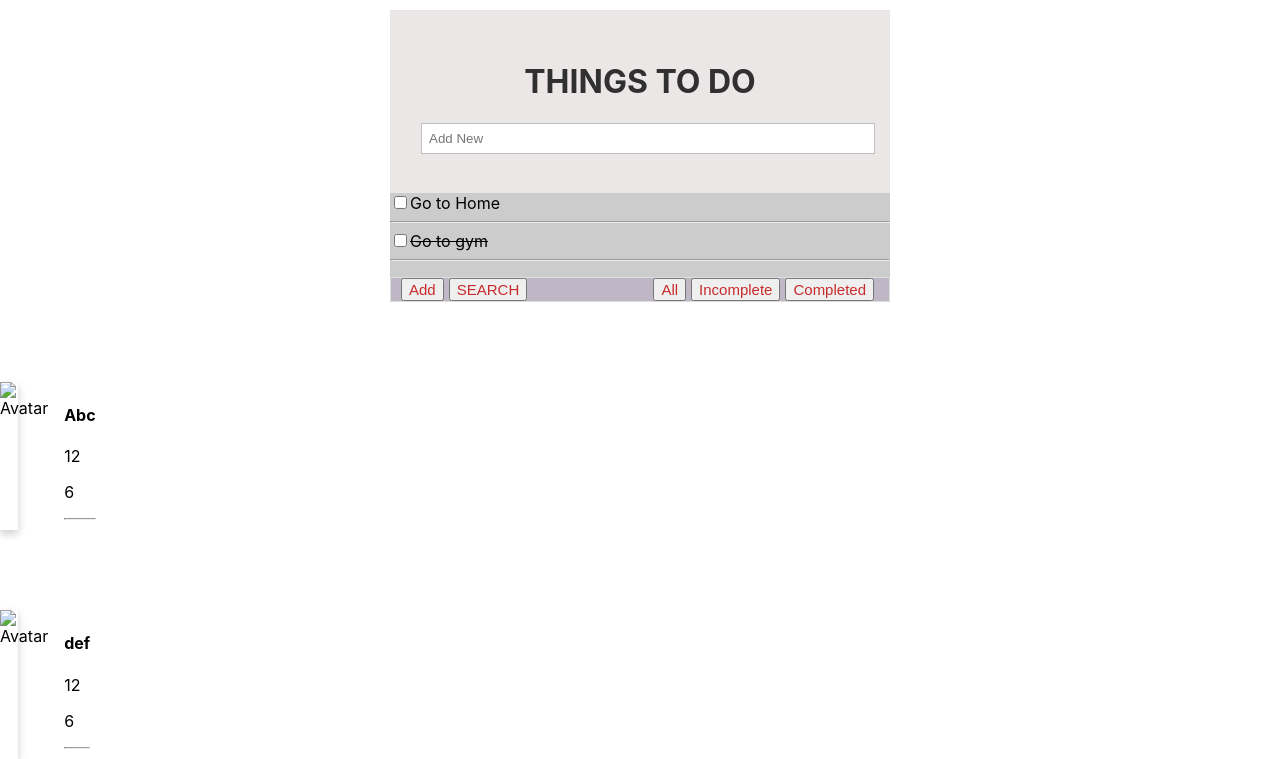
Repository: kirangautam45/To-Do-Application
Page: /
An editor plug-in stored every save of this project. The page is shown before and after the next save, followed by the edit.
The browser window is 1280 px wide. The pictures show the whole page.
The project was rebuilt for these pictures with package versions that can differ from the ones it lists, and the page was loaded fresh each time.

Above is the page before, as saved 2022-08-12 11:05:48.

After the next save:
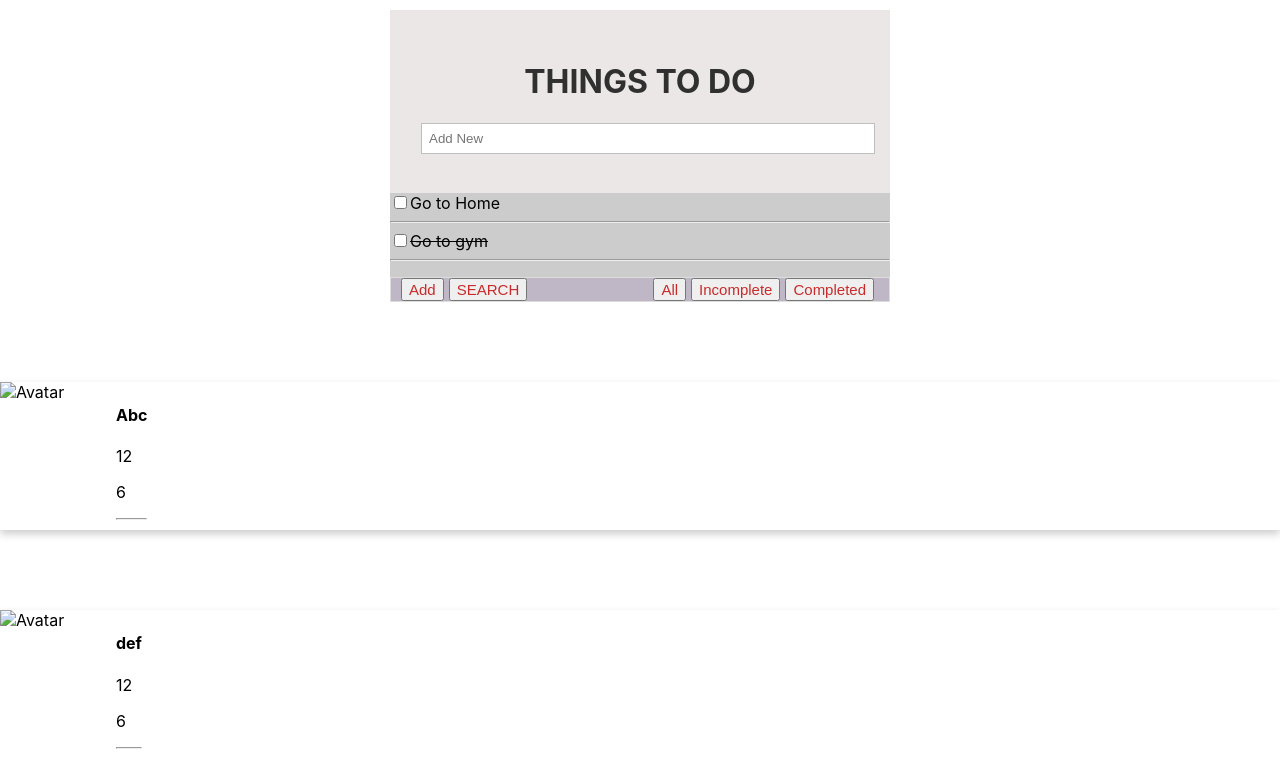
Saved 38 min 49 s later.
--- a/src/App.css
+++ b/src/App.css
@@ -73,7 +73,6 @@ flex-direction: row;
   /* Add shadows to create the "card" effect */
   box-shadow: 0 4px 8px 0 rgba(0,0,0,0.2);
   transition: 0.3s;
-  width: 18px;
   display:flex;
   margin-block-start:5rem;
 }
